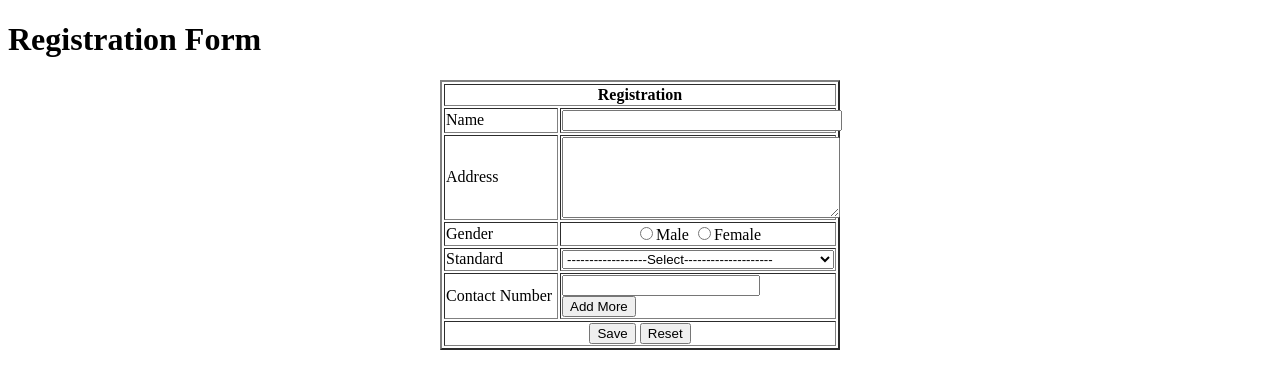
Repository: nsbgit/JavaTutorial
Page: http://localhost/2ndBatch/
An editor plug-in stored every save of this project. The page is shown before and after the next save, followed by the edit.
The browser window is 1280 px wide. The pictures show the whole page.
The page is served by Tomcat 9.

Above is the page before, as saved 2013-12-17 20:37:38.

After the next save:
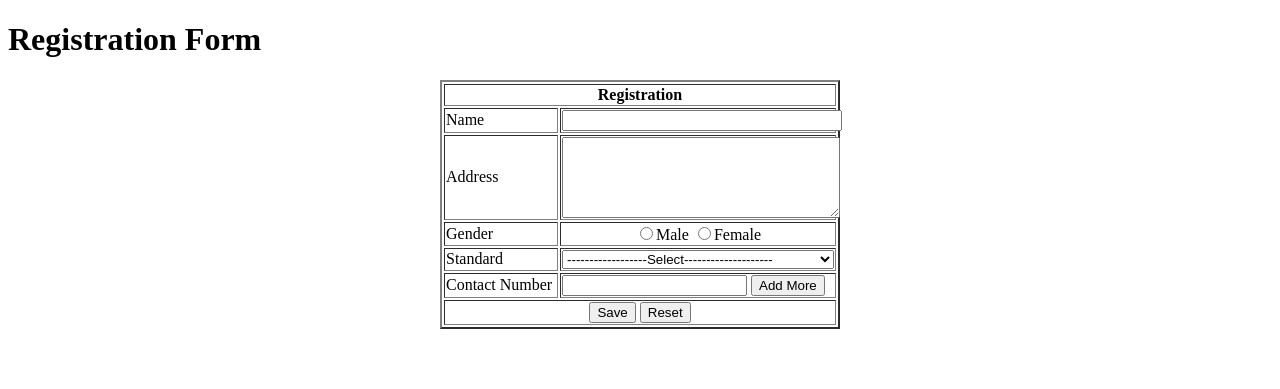
Saved 10 s later.
--- a/Webel Daily Home/J2EE Webel Tutorial Class/2ndBatch/WebContent/1st.jsp
+++ b/Webel Daily Home/J2EE Webel Tutorial Class/2ndBatch/WebContent/1st.jsp
@@ -69,7 +69,7 @@
 			<tr>
 				<td>Contact Number</td>
 				<td>
-					<input type="text" style="width: 70%">
+					<input type="text">
 					<input type="button" value="Add More"><%-- Syntax for BUTTON --%>
 				</td>
 			</tr>
